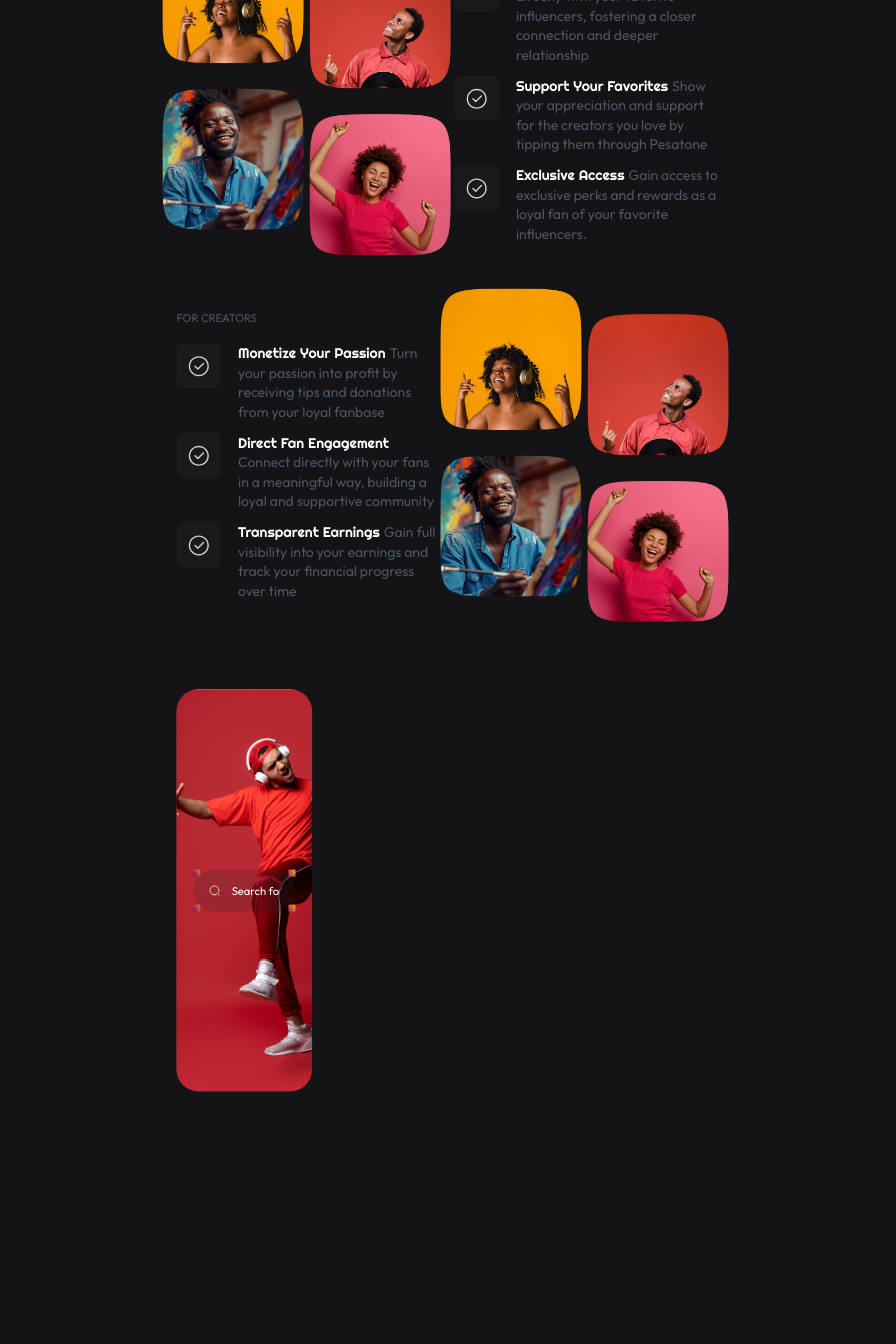
Repository: felixdusengimana/capstone-project-mirror
Page: / (app in frontend/)
An editor plug-in stored every save of this project. The page is shown before and after a run of saves, followed by the edit.
The browser window is 1280 px wide. The pictures show the part of the page from y = 2035 to 3955 px (the page is 3955 px tall), at 70% of full size.
The project was rebuilt for these pictures with package versions that can differ from the ones it lists, and the page was loaded fresh each time. The framework's server and built-in components were replaced by stand-ins that run in the browser. Also part of the build but not shown: frontend/next.config.mjs.

Above is the page before, as saved 2024-03-11 16:25:57.

### frontend/app/layout.tsx
import type { Metadata } from "next";
import { Righteous, Outfit } from "next/font/google";
import "./globals.css";

const outfit = Outfit({ subsets: ["latin"], variable: "--font-outfit" });
const righteous = Righteous({
  subsets: ["latin"],
  variable: "--font-righteous",
  weight: "400",
});

export const metadata: Metadata = {
  title: "Pesatone - Search and gift your favorite creators",
  description:
    "A place where fans show gratitude to the African content creators they love!",
};

export default function RootLayout({
  children,
}: Readonly<{
  children: React.ReactNode;
}>) {
  return (
    <html lang="en">
      <body className={`${outfit.variable} ${righteous.variable} font-sans`}>
        {children}
      </body>
    </html>
  );
}

### frontend/app/page.tsx
import Avatar from "@/components/atoms/Avatar";
import Headline from "@/components/atoms/Headline";
import Card from "@/components/molecules/Card";
import CardIcon from "@/components/molecules/CardIcon";
import Search from "@/components/molecules/Search";
import SmallCard from "@/components/molecules/SmallCard";
import Intro from "@/components/organisms/Intro";
import Navbar from "@/components/organisms/Navbar";
import Image from "next/image";
import React from "react";

export default function page() {
  return (
    <div className="py-[73px]">
      <Navbar />
      <Intro />
      <section className="mt-24 page-padding">
        <div className="max-w-[503px] mx-auto text-center">
          <h5 className="uppercase text-gray-600 mb-4">features</h5>
          <Headline className="text-4xl text-center">
            Unleash Your Influence with Our Exclusive Features
          </Headline>
        </div>
        <div className="grid grid-cols-3 gap-[18px] mt-12">
          <Card title="Secure Transactions" icon="secure">
            Pesatone employs advanced encryption for secure transactions,
            safeguarding you and your fans
          </Card>
          <Card title="Direct Engagement" icon="fast">
            Connect instantly with followers through Pesatone&apos;s
            user-friendly interface, fostering community and stronger
            relationships
          </Card>
          <Card title="Transparent Earnings" icon="dollar">
            Gain clear insight into earnings with Pesatone, easily tracking tips
            and donations for effective financial management
          </Card>
        </div>
      </section>

      <section className="mt-24 page-padding">
        <div className="max-w-[543px] mx-auto text-center">
          <h5 className="uppercase text-gray-600 mb-4">BENEFITS</h5>
          <Headline className="text-4xl text-center">
            Experience the Benefits: Pesatone for Fans and Creators
          </Headline>
        </div>
        <div className="grid grid-cols-2 gap-[18px] mt-12">
          <div className="grid grid-cols-2 w-fit">
            <Avatar
              alt="Profile 1"
              src="/profiles/profile4.png"
              size="2xl"
              circle={false}
              className="ml-[-20px]"
            />
            <Avatar
              alt="Profile 2"
              src={"/profiles/profile3.png"}
              size="2xl"
              circle={false}
              className="mt-[36px]"
            />
            <Avatar
              alt="Profile 3"
              src={"/profiles/profile2.png"}
              size="2xl"
              circle={false}
              className="ml-[-20px]"
            />
            <Avatar
              alt="Profile 4"
              src={"/profiles/profile1.png"}
              size="2xl"
              circle={false}
              className="mt-[36px]"
            />
          </div>
          <div className="flex flex-col justify-center">
            <h5 className="uppercase text-gray-600 mb-6">For Fans</h5>
            <div className="flex flex-col gap-4">
              <SmallCard icon="check" title="Direct Interaction">
                Engage directly with your favorite influencers, fostering a
                closer connection and deeper relationship
              </SmallCard>
              <SmallCard icon="check" title="Support Your Favorites">
                Show your appreciation and support for the creators you love by
                tipping them through Pesatone
              </SmallCard>
              <SmallCard icon="check" title="Exclusive Access ">
                Gain access to exclusive perks and rewards as a loyal fan of
                your favorite influencers.
              </SmallCard>
            </div>
          </div>
        </div>

        <div className="grid grid-cols-2 gap-[18px]  mt-12">
          <div className="flex flex-col justify-center">
            <h5 className="uppercase text-gray-600 mb-6">For creators</h5>
            <div className="flex flex-col gap-4">
              <SmallCard icon="check" title="Monetize Your Passion">
                Turn your passion into profit by receiving tips and donations
                from your loyal fanbase
              </SmallCard>
              <SmallCard icon="check" title="Direct Fan Engagement">
                Connect directly with your fans in a meaningful way, building a
                loyal and supportive community
              </SmallCard>
              <SmallCard icon="check" title="Transparent Earnings">
                Gain full visibility into your earnings and track your financial
                progress over time
              </SmallCard>
            </div>
          </div>
          <div className="grid grid-cols-2 ml-auto w-fit">
            <Avatar
              alt="Profile 1"
              src="/profiles/profile4.png"
              size="2xl"
              circle={false}
              className="ml-[-20px]"
            />
            <Avatar
              alt="Profile 2"
              src={"/profiles/profile3.png"}
              size="2xl"
              circle={false}
              className="mt-[36px]"
            />
            <Avatar
              alt="Profile 3"
              src={"/profiles/profile2.png"}
              size="2xl"
              circle={false}
              className="ml-[-20px]"
            />
            <Avatar
              alt="Profile 4"
              src={"/profiles/profile1.png"}
              size="2xl"
              circle={false}
              className="mt-[36px]"
            />
          </div>
        </div>
      </section>

      <section className="mt-24 page-padding">
        <div className="grid grid-cols-4 grid-rows-3 min-h-[862px]">
          <div className="bg-[url('/creator-bg.png')] bg-cover bg-no-repeat row-span-2 bg-red-400 rounded-[32px] px-6 flex items-center justify-center">
            <Search className="button-border-gradient" />
          </div>
        </div>
      </section>
    </div>
  );
}

### frontend/app/globals.css
@tailwind base;
@tailwind components;
@tailwind utilities;

:root {
  --bg: #141416;
  --bg-hover: #232326;
  --secondary-color: #17171A;
  --foreground-rgb: 0, 0, 0;
  --background-start-rgb: 214, 219, 220;
  --background-end-rgb: 255, 255, 255;
}

@media (prefers-color-scheme: dark) {
  :root {
    --foreground-rgb: 255, 255, 255;
    --background-start-rgb: 0, 0, 0;
    --background-end-rgb: 0, 0, 0;
  }
}

body {
  background: var(--bg);
  color: rgb(var(--foreground-rgb));
}

@layer utilities {
  .text-balance {
    text-wrap: balance;
  }
}

.page-padding {
  padding: 0 252px;
}

.button-border-gradient {
  border: 2px solid;
  border-image: linear-gradient(45deg, purple, orange) 1;
  border-radius: 9999px;
  border-image-slice: 99;
  /* border-radius*2 */
  border-image-repeat: round;
  border-image-width: 10px;
}

### frontend/components/atoms/Avatar.tsx
/* eslint-disable @next/next/no-img-element */
import { ComponentProps } from "react";
import Icon from "./Icon";

interface AvatarProps extends ComponentProps<"div"> {
  src: string;
  alt?: string;
  size?: "sm" | "md" | "lg" | "xl" | "2xl";
  circle?: boolean;
  bordered?: boolean;
  fallBackText?: string;
}
export default function Avatar({ ...props }: AvatarProps) {
  const {
    src,
    alt,
    size = "sm",
    circle = true,
    fallBackText,
    bordered,
    ...rest
  } = props;

  const sizeClasses = {
    sm: "w-10 h-10",
    md: "w-12 h-12",
    lg: "w-16 h-16",
    xl: "w-[150px] h-[150px]",
    "2xl": "w-[202px] h-[202px]",
  };

  return (
    <div
      {...rest}
      className={`${src ? "bg-transparent" : "bg-gray-100"} ${
        circle ? "rounded-full" : "rounded"
      } ${bordered ? "border-2 border-white" : ""} ${sizeClasses[size]} ${
        rest.className
      } flex items-center justify-center overflow-hidden`}
    >
      {src ? (
        <img
          src={src}
          alt={alt}
          className={`w-full ${sizeClasses[size]} object-cover`}
        />
      ) : fallBackText ? (
        fallBackText
      ) : (
        <Icon name="user" />
      )}
    </div>
  );
}

### frontend/components/atoms/Headline.tsx
import { ComponentProps } from "react";

interface HeadlineProps extends ComponentProps<"h1"> {}

export default function Headline({ ...props }: HeadlineProps) {
  return (
    <div className={`font-mono text-white ${props.className}`}>
      {props.children}
    </div>
  );
}

### frontend/components/molecules/Card.tsx
import { ComponentProps } from "react";
import { IconNames } from "../atoms/Icon";
import Headline from "../atoms/Headline";
import CardIcon from "./CardIcon";

interface CardProps extends ComponentProps<"div"> {
  icon?: IconNames;
  title?: string;
}

export default function Card({ ...props }: CardProps) {
  const { icon, title, ...rest } = props;
  return (
    <div {...rest} className={`bg-[#171719] p-8 rounded-[23px]`}>
      {icon && <CardIcon icon={icon} />}
      <Headline className="text-2xl font-normal mt-6">{title}</Headline>
      <p
        className={`text-gray-600 font-normal text-xl mt-4 max-w-[333px] ${props.className}`}
      >
        {props.children}
      </p>
    </div>
  );
}

### frontend/components/molecules/Search.tsx
"use client";
import { ComponentProps, useEffect, useState } from "react";
import Icon from "../atoms/Icon";

interface SearchProps extends ComponentProps<"div"> {
  placeholder?: string;
  onSearch?: (query: string) => void;
  onClear?: () => void;
}
export default function Search({
  placeholder = "Search for creators",
  onSearch,
  onClear,
  ...props
}: SearchProps) {
  const [query, setQuery] = useState("");

  // return value after 300ms
  useEffect(
    () => {
      const timer = setTimeout(() => {
        onSearch?.(query);
      }, 300);
      return () => clearTimeout(timer);
    },
    // eslint-disable-next-line react-hooks/exhaustive-deps
    [query]
  );

  return (
    <div
      {...props}
      className={`flex bg-[#2C2C3033] px-5 py-4 gap-4 rounded-full ${props.className}`}
    >
      <Icon name="search" onClick={() => onSearch?.(query)} />
      <input
        disabled
        type="text"
        placeholder={placeholder}
        className="w-full text-white placeholder:text-white bg-transparent outline-none"
        onChange={(e) => setQuery(e.target.value)}
      />
    </div>
  );
}

### frontend/components/molecules/SmallCard.tsx
import { ComponentProps } from "react";
import { IconNames } from "../atoms/Icon";
import CardIcon from "./CardIcon";

interface SmallCardProps extends ComponentProps<"div"> {
  icon: IconNames;
  title: string;
}

export default function SmallCard({ ...props }: SmallCardProps) {
  return (
    <div className="flex gap-6">
      <CardIcon icon={props.icon} />
      <p className="text-gray-600 font-normal text-xl">
        <span className="text-white font-mono">{props.title} </span>
        {props.children}
      </p>
    </div>
  );
}

### frontend/components/organisms/Intro.tsx
"use client";

import Headline from "@/components/atoms/Headline";
import Search from "@/components/molecules/Search";
import DownloadApp from "../molecules/DownloadApp";

export default function Intro() {
  return (
    <div className="grid grid-cols-2 pl-[252px]">
      <div className="mt-40">
        <Headline className="text-[64px] leading-[79.47px]">
          Search and gift your favorite creators
        </Headline>
        <p className="text-xl text-gray-600 max-w-[535px] mt-5">
          A place where fans show gratitude to the African content creators they
          love!
        </p>
        <Search className="max-w-[502px] mt-10" />

        <p className="text-gray-600 mt-24 text-base">
          Trusted Users <br />
          Rated 4.5 by 700K+ Customers
        </p>
        <div className="flex gap-6 mt-6">
          <DownloadApp os="android" />
          <DownloadApp os="ios" className="px-[42px]" />
        </div>
      </div>
      <div className="h-full w-full">
        {/* eslint-disable-next-line @next/next/no-img-element */}
        <img src="./home-bg.png" alt="" className="w-full h-full" />
      </div>
    </div>
  );
}

### frontend/components/organisms/Navbar.tsx
import Image from "next/image";
import Button from "../atoms/Button";
import Link from "next/link";

export default function Navbar() {
  return (
    <div className="page-padding flex justify-between items-center">
      <Link href={"/"} className="flex  items-center gap-2">
        <Image
          src="/logo-white.png"
          alt="PESATONElogo"
          width={40}
          height={40}
        />
        <p className="text-sm">ESATONE</p>
      </Link>
      <div className="flex items-center gap-6">
        <Link href={"/login"}>
          <Button variant="secondary" className="px-12">
            Login
          </Button>
        </Link>
        <Link href={"/join"}>
          <Button variant="white" className="font-semibold">
            Sign up free
          </Button>
        </Link>
      </div>
    </div>
  );
}

### frontend/components/molecules/CardIcon.tsx
import React from "react";
import Icon, { IconNames } from "../atoms/Icon";

export default function CardIcon({ icon }: { icon: IconNames }) {
  return (
    <div className="w-16 min-w-[64px] h-16 rounded-[11px] bg-[#1A1A1C] flex items-center justify-center">
      <Icon name={icon} />
    </div>
  );
}

### frontend/components/molecules/DownloadApp.tsx
import { ComponentProps } from "react";
import Icon from "../atoms/Icon";

interface DownloadAppProps extends ComponentProps<"div"> {
  os: "android" | "ios";
}

export default function DownloadApp({ os, ...props }: DownloadAppProps) {
  return (
    <div
      {...props}
      className={`flex items-center gap-4 px-10 py-4 border border-[#202024] bg-[#202024] rounded-full cursor-pointer min-w-[202.09px]`}
    >
      <Icon name={os == "android" ? "google-play" : "apple-store"} />
      <div>
        <p className="text-[#DBDBDB] font-medium text-[10px]">
          {os == "android" ? "Get it On" : "Download on the"}
        </p>
        <h3 className="text-[#DBDBDB] font-bold text-sm">
          {os == "android" ? "Google Play" : "App Store"}
        </h3>
      </div>
    </div>
  );
}

### frontend/components/atoms/Button.tsx
import { ComponentProps } from "react";

interface ButtonProps extends ComponentProps<"button"> {
  variant?: "dark" | "white" | "blurred" | "secondary";
  size?: "sm" | "md" | "lg";
  bordered?: boolean;
}

export default function Button({ ...props }: ButtonProps) {
  const { variant = "dark", size = "md", bordered = false } = props;

  const variantClasses = {
    dark: "bg-black text-white",
    white: "bg-white text-black",
    secondary: "bg-secondary text-white",
    blurred: "bg-blurred text-white",
  };

  const sizeClasses = {
    sm: "px-2 py-1",
    md: "px-8 py-4",
    lg: "px-6 py-3",
  };

  const borderClasses = bordered ? "border border-black" : "";

  return (
    <button
      {...props}
      className={`text-xl font-normal rounded-full ${variantClasses[variant]} ${sizeClasses[size]} ${borderClasses} ${props.className}`}
    >
      {props.children}
    </button>
  );
}

### frontend/tailwind.config.ts
import type { Config } from "tailwindcss";

const config: Config = {
  content: [
    "./pages/**/*.{js,ts,jsx,tsx,mdx}",
    "./components/**/*.{js,ts,jsx,tsx,mdx}",
    "./app/**/*.{js,ts,jsx,tsx,mdx}",
  ],
  theme: {
    extend: {
      // backgroundImage: {
      //   "gradient-radial": "radial-gradient(var(--tw-gradient-stops))",
      //   "gradient-conic":
      //     "conic-gradient(from 180deg at 50% 50%, var(--tw-gradient-stops))",
      // },
      fontFamily: {
        sans: ["var(--font-outfit)"],
        mono: ["var(--font-righteous)"],
      },
      colors: {
        secondary: "var(--secondary-color)",
      },
    },
  },
  plugins: [],
};
export default config;

Loaded but not shown: frontend/components/atoms/Icon.tsx (241 lines, source omitted)

After the next 2 saves:
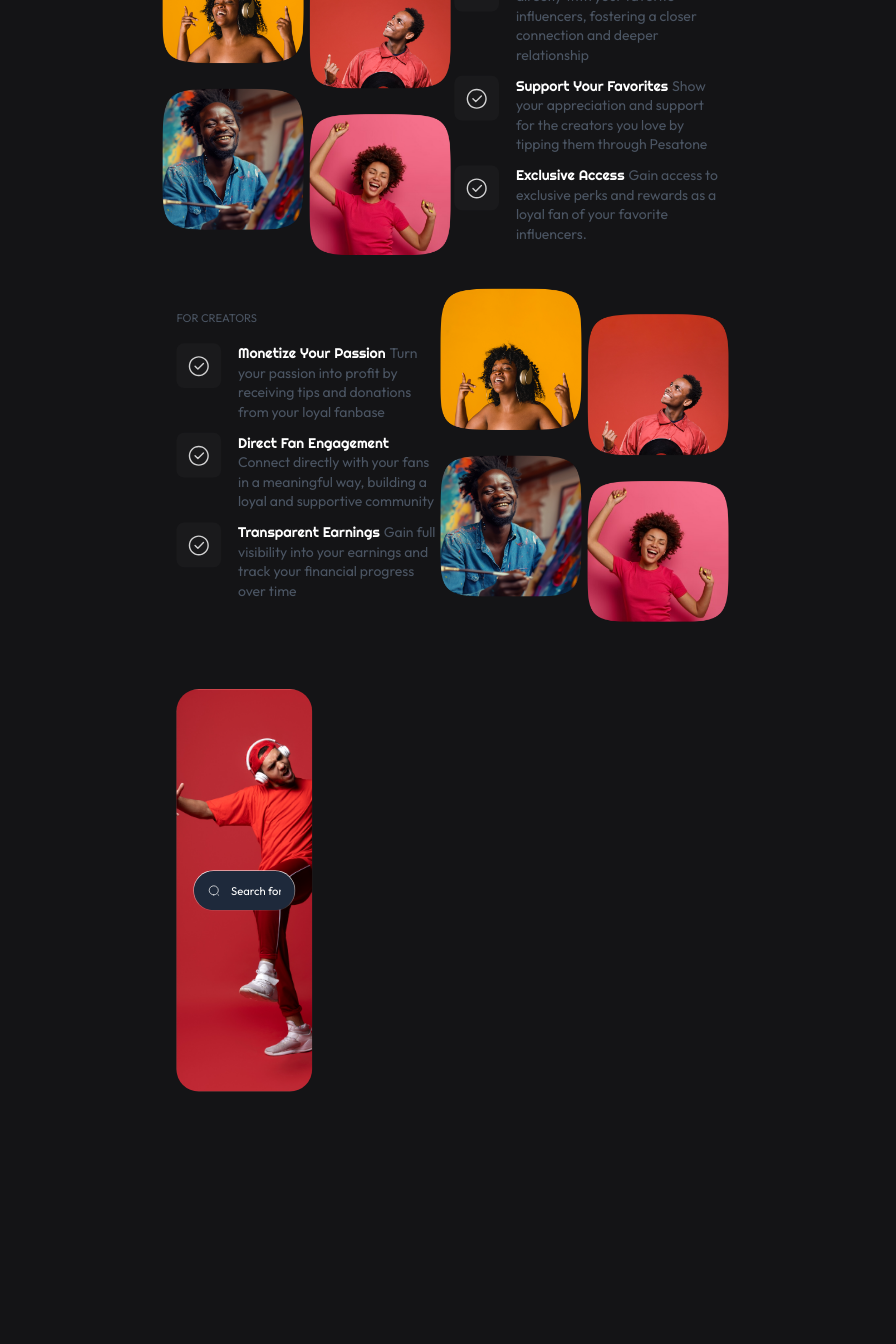
The 2 saves are shown as one change because they came seconds apart.
The last was saved 36 s later.
--- a/frontend/app/globals.css
+++ b/frontend/app/globals.css
@@ -35,11 +35,7 @@ body {
 }
 
 .button-border-gradient {
-  border: 2px solid;
-  border-image: linear-gradient(45deg, purple, orange) 1;
-  border-radius: 9999px;
-  border-image-slice: 99;
-  /* border-radius*2 */
-  border-image-repeat: round;
-  border-image-width: 10px;
+  border: 1px solid transparent;
+  background: padding-box linear-gradient(rgb(30 41 59), rgb(30 41 59)),
+    border-box linear-gradient(rgb(255 255 255), rgb(255 255 255 / 0.1));
 }
